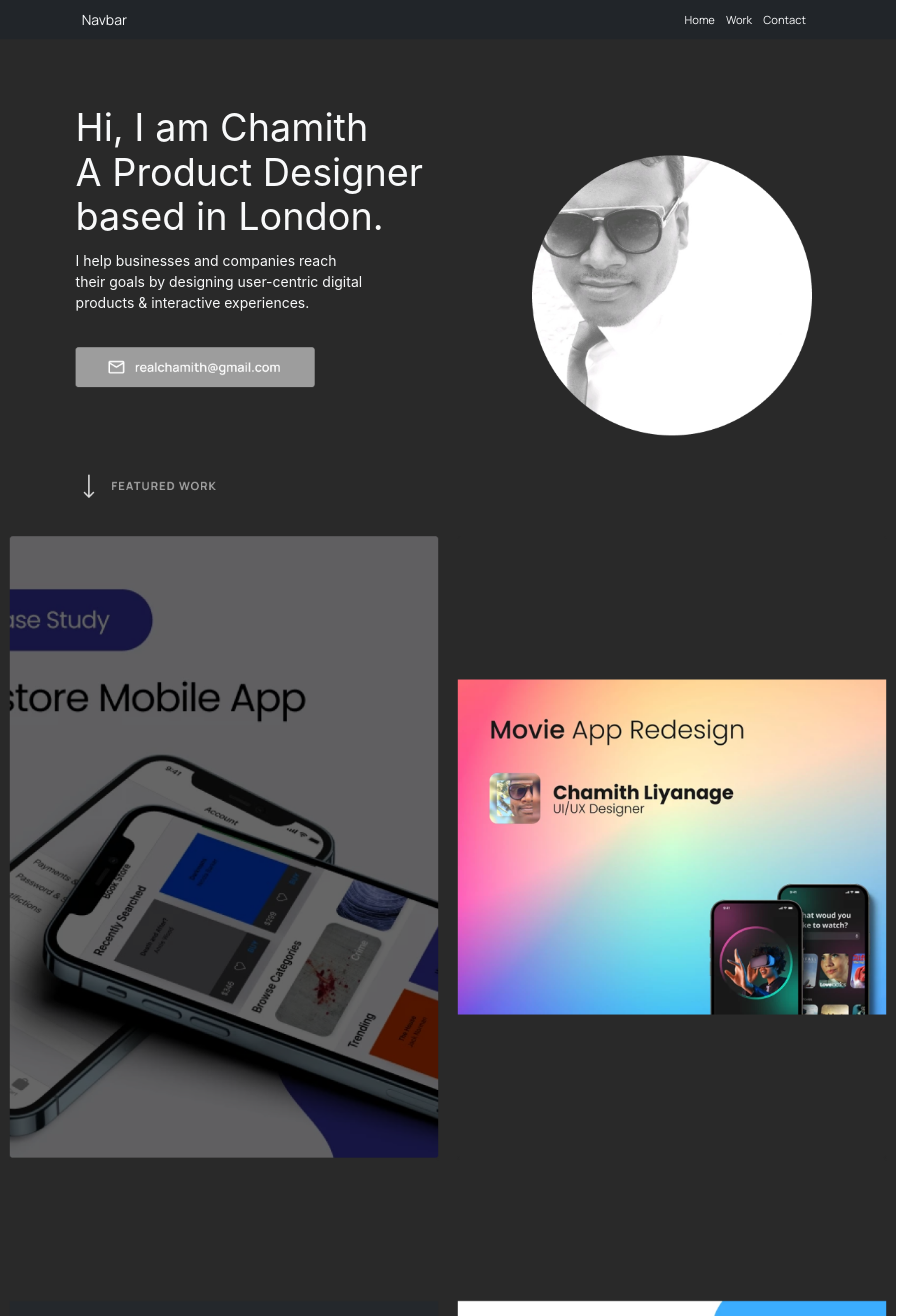
Repository: Realchamithweb/chamith-html
Page: index.html
The author's editor kept a copy of each file at every save. The page is drawn from the files as they stood at one save, then again after a run of saves.
The browser window is 1280 px wide. The page is 1292 px wide, so the pictures cover 1292 px, including what lies to the right of the window. The pictures show the part of the page from y = 0 to 1880 px (the page is 4151 px tall), at 70% of full size.

Above is the page before, as saved 2023-01-04 16:31:54.

### index.html
<!doctype html>
<html lang="en">
  <head>
    <!-- Required meta tags -->
    <meta charset="utf-8">
    <meta name="viewport" content="width=device-width, initial-scale=1">
    <link rel="stylesheet" href="/css/style.css">
    <link rel="script" href="/js/main.js">
    <!-- Bootstrap CSS -->
    <link href="https://cdn.jsdelivr.net/npm/bootstrap@5.0.2/dist/css/bootstrap.min.css" rel="stylesheet" integrity="sha384-EVSTQN3/azprG1Anm3QDgpJLIm9Nao0Yz1ztcQTwFspd3yD65VohhpuuCOmLASjC" crossorigin="anonymous">
    <link rel="stylesheet" href="https://fonts.googleapis.com/css?family=Manrope">
    <title>Hello, world!</title>
  </head>
  <body>
    <div class="main">
            <div class="head">
                <nav class="navbar navbar-expand-lg navbar-light bg-dark">
                    <div class="container-fluid">
                        <div class="col-md-1"></div>
                    <a class="navbar-brand col-md-8 text-light" href="#">Navbar</a>
                    <button class="navbar-toggler" type="button" data-bs-toggle="collapse" data-bs-target="#navbarNavDropdown" aria-controls="navbarNavDropdown" aria-expanded="false" aria-label="Toggle navigation">
                        <span class="navbar-toggler-icon"></span>
                    </button>
                    <div class="collapse navbar-collapse" id="navbarNavDropdown">
                        <ul class="navbar-nav">
                        <li class="nav-item">
                            <a class="nav-link active text-light" aria-current="page" href="#">Home</a>
                        </li>
                        <li class="nav-item">
                            <a class="nav-link text-light" href="/work.html">Work</a>
                        </li>
                        <li class="nav-item">
                            <a class="nav-link text-light" href="/contact.html">Contact</a>
                        </li>
                        </ul>
                    </div>
                    </div>
                </nav>
            </div>

            <section>
            <div class="hero">
                <div class="container-fluid">
                    <div class="row">
                        <div class="col-lg-6">
                            <p class="hero-title text-light mt-5">Hi, I am Chamith<br>
                                A Product Designer<br>
                                based in London.
                            </p>
                            <p class="hero-text text-light mt-2">
                                I help businesses and companies reach <br>
                                their goals by designing user-centric digital <br>
                                products & interactive experiences.
                            </p>
                            <div class="mt-5">
                                <img src="/inc/Btn.png" class="hero-btn">
                            </div>
                        </div>
                        <div class="col-lg-6 d-flex justify-content-center mt-4">
                            <img src="/inc/unsplash_XHVpWcr5grQ.png"" class="hero-img">
                        </div>
                    </div>
                </div>
            </div>
            </section>
            <section>
            <div class="Featured-Work">
                <div class="container-fluid">
                    <div class="row">
                        <div class="col-lg-1  mb-5"></div>
                        <div class="col-lg-10  mb-5 mt-5">
                            <img src="/inc/Featured.png" class="img00">
                        </div>
                        <div class="col-lg-6 d-flex justify-content-center">
                            <img src="/inc/unsplash_mxPiMiz7KCo.png" class="img01">

                        </div>
                        <div class="col-lg-6 d-flex justify-content-center">
                            <img src="/inc/unsplash_g-pKprPg5yw.png" class="img02">
                        </div>
                    </div>
                </div>
                <div class="container-fluid">
                    <div class="row">
                        <div class="col-lg-6 d-flex justify-content-center">
                            <img src="/inc/unsplash_pqzRfBhd9r0.png" class="img01">
                        </div>
                        <div class="col-lg-6 d-flex justify-content-center">
                            <img src="/inc/unsplash_x-HpilsdKEk.png" class="img01">
                        </div>
                    </div>
                </div>
            </div>
            </section>
            <section>
                <div class="Visual-Explorations mb-5">
                    <div class="container-fluild">
                        <div class="row">
                            <div class="col-lg-12 d-flex justify-content-center text-light h1 mt-5 mb-5">Visual Explorations</div>
                            <div class="col-lg-4 d-flex justify-content-center">
                                <img src="/inc/unsplash_fd6K_OFlnRA.png" class="img01">
                            </div>
                            <div class="col-lg-4 d-flex justify-content-center">
                                <img src="/inc/unsplash_Glel-RswQqM.png" class="img01">
                            </div>
                            <div class="col-lg-4 d-flex justify-content-center">
                                <img src="/inc/unsplash_pPTw_RTkvXQ.png" class="img01">
                            </div>
                        </div>
                    </div>
                </div>
            </section>
            <section>
                <div class="Personal-Projects">
                    <div class="container-fluild">
                        <div class="row">
                            <div class="col-lg-12 d-flex justify-content-center text-light h1 mt-5">Personal Projects</div>
                            <div class="col-lg-4 d-flex justify-content-center">
                                <img src="/inc/Rectangle 4.png" class="img01">
                            </div>
                            <div class="col-lg-4 d-flex justify-content-center">
                                <img src="/inc/Rectangle 4-1.png" class="img01">
                            </div>
                            <div class="col-lg-4 d-flex justify-content-center">
                                <img src="/inc/Rectangle 4-2.png" class="img01">
                            </div>
                        </div>
                    </div>
                </div>
            </section>
            <section>
                <div class="contact-me">
                    <div class="container-fluild">
                        <div class="row">
                                <h2 class="text-light d-flex justify-content-center mb-5">Contact Me</h2>
                                <p class="text-light d-flex text-center justify-content-center h5 mb-5">If you are looking to hire a product designer,<br>
                                    I’m currently available for freelance work</p>
                                <div class="col-lg-12 d-flex justify-content-center mb-5">
                                    <img src="/inc/Btn.png" class="img02">
                                </div>
                        </div>
                    </div>
                </div>
            </section>
            <section>
                <div class="footer">
                    <div class="container-fluild">
                        <div class="row">
                            <hr class="text-light">
                            <div class="col-lg-4 text-center text-light mb-3">Made by Chamith — Copyright 2022</div>
                            <div class="col-lg-4 mb-3"></div>
                            <div class="col-lg-4 mb-3"><img src="/inc/Icons.png" class="img02"></div>
                        </div>
                    </div>
                </div>
            </section>

    </div>




    <!-- Optional JavaScript; choose one of the two! -->

    <!-- Option 1: Bootstrap Bundle with Popper -->
    <script src="https://cdn.jsdelivr.net/npm/bootstrap@5.0.2/dist/js/bootstrap.bundle.min.js" integrity="sha384-MrcW6ZMFYlzcLA8Nl+NtUVF0sA7MsXsP1UyJoMp4YLEuNSfAP+JcXn/tWtIaxVXM" crossorigin="anonymous"></script>

    <!-- Option 2: Separate Popper and Bootstrap JS -->
    <!--
    <script src="https://cdn.jsdelivr.net/npm/@popperjs/core@2.9.2/dist/umd/popper.min.js" integrity="sha384-IQsoLXl5PILFhosVNubq5LC7Qb9DXgDA9i+tQ8Zj3iwWAwPtgFTxbJ8NT4GN1R8p" crossorigin="anonymous"></script>
    <script src="https://cdn.jsdelivr.net/npm/bootstrap@5.0.2/dist/js/bootstrap.min.js" integrity="sha384-cVKIPhGWiC2Al4u+LWgxfKTRIcfu0JTxR+EQDz/bgldoEyl4H0zUF0QKbrJ0EcQF" crossorigin="anonymous"></script>
    -->
  </body>
</html>

### css/style.css
.main{
    background-color: #292929;
    font-family: 'Manrope', serif;

}

.hero{
    margin-top: 46px;
}

.hero-img{
    margin-top: 6em;
}

.hero-title{
    font-family: 'Inter';
    font-style: normal;
    font-weight: 400;
    font-size: 54px;
    line-height: 64px;
    margin-left: 96px;
}

.hero-text{
    font-family: 'Inter';
    font-style: normal;
    font-weight: 400;
    font-size: 20px;
    line-height: 30px;
    margin-left: 96px;
}

.hero-btn{
    margin-left: 96px;
}
/*
.hero-title{
    position: absolute;
    width: 824px;
    height: 192px;
    left: 96px;
    top: 240px;

    font-family: 'Inter';
    font-style: normal;
    font-weight: 400;
    font-size: 54px;
    line-height: 64px;
    color: #000000;
}

.hero-text{
    position: absolute;
    width: 824px;
    height: 90px;
    left: 96px;
    top: 456px;

    font-family: 'Inter';
    font-style: normal;
    font-weight: 400;
    font-size: 20px;
    line-height: 30px;
    /* or 150% */
    /* color: #000000
}

.hero-btn{
    box-sizing: border-box;
    position: absolute;
    width: 341.57px;
    height: 57px;
    left: 96px;
    top: 634px;

    background: #FFFFFF;
    border: 1px solid #000000;
    border-radius: 4px;
}

.f-row{
    display: flex;
    flex-direction: row;
    justify-content: center;
    align-items: center;
    padding: 8px;
    gap: 32px;

    position: absolute;
    height: 48px;
    left: 96px;
    top: 836px;
}

.img00{
    display: flex;
    flex-direction: row;
    justify-content: center;
    align-items: center;
    padding: 8px;
    gap: 32px;

    position: absolute;
    width: 198px;
    height: 48px;
    left: 96px;
    top: 836px;

}

.img01{
    position: absolute;
    width: 612px;
    height: 888px;
    left: 96px;
    top: 964px;
    border-radius: 4px;
}

.img01:hover{
    background: linear-gradient(0deg, rgba(0, 0, 0, 0.6), rgba(0, 0, 0, 0.6)), url("/inc/Bookstore.png"), #292929;
}

.img02{
    position: absolute;
    width: 612px;
    height: 888px;
    left: 732px;
    top: 1102px;

    background: url(3ffea8135910975.Y3JvcCwxMDgwLDg0NCwwLDExNw.png), #292929;
    border-radius: 4px;
}  */

After the next 2 saves:
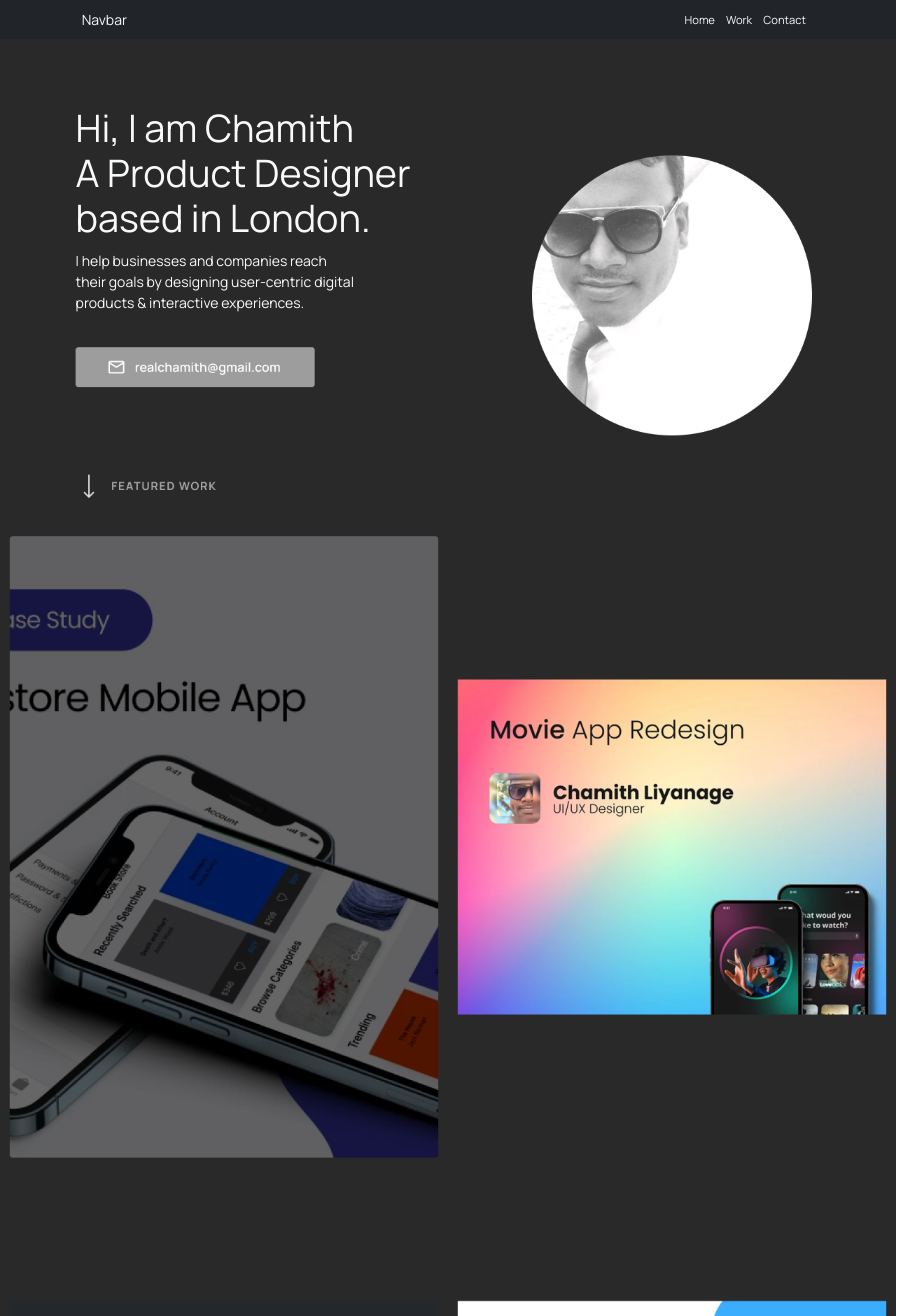
The 2 saves are shown as one change because they came seconds apart.
The last was saved 73 s later.
--- a/css/style.css
+++ b/css/style.css
@@ -13,7 +13,6 @@
 }
 
 .hero-title{
-    font-family: 'Inter';
     font-style: normal;
     font-weight: 400;
     font-size: 54px;
@@ -22,7 +21,6 @@
 }
 
 .hero-text{
-    font-family: 'Inter';
     font-style: normal;
     font-weight: 400;
     font-size: 20px;
